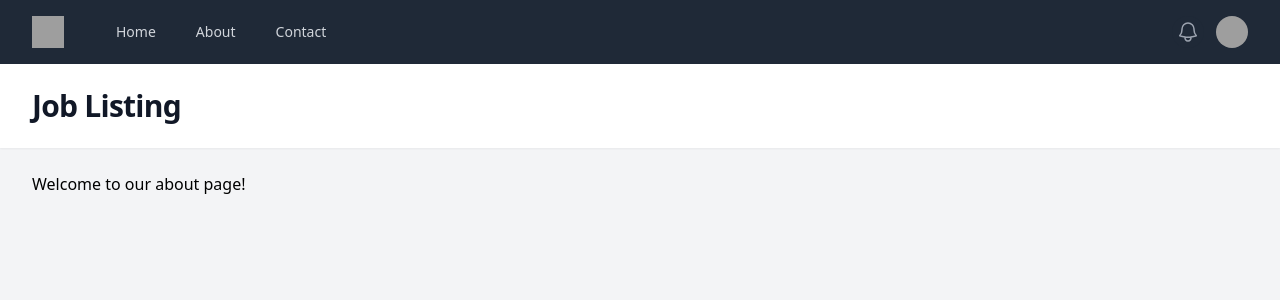
Repository: mennaabdelelhady/30-Days-to-Learn-Laravel
Page: http://localhost/jobs
An editor plug-in stored every save of this project. The page is shown before and after the next save, followed by the edit.
The browser window is 1280 px wide. The pictures show the whole page.
Pictures or frames that could not be fetched are drawn as grey boxes. Some web libraries are served in a nearby version. The page is served by the project's Laravel application, run on PHP 8.4 with Laravel 12.

Above is the page before, as saved 2025-07-09 12:20:44.

After the next save:
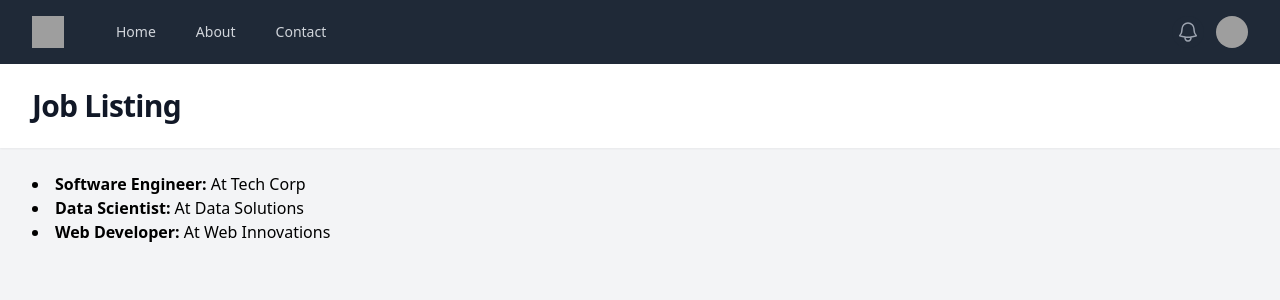
Saved 4 min 30 s later.
--- a/resources/views/jobs.blade.php
+++ b/resources/views/jobs.blade.php
@@ -3,6 +3,8 @@
         Job Listing
     </x-slot:heading>
 
-    <h1>Welcome to our about page!</h1>
+    @foreach($jobs as $job)
+        <li><strong>{{$job['title']}}:</strong> At {{ $job['company']}}</li>
+    @endforeach
 
 </x-layout>
